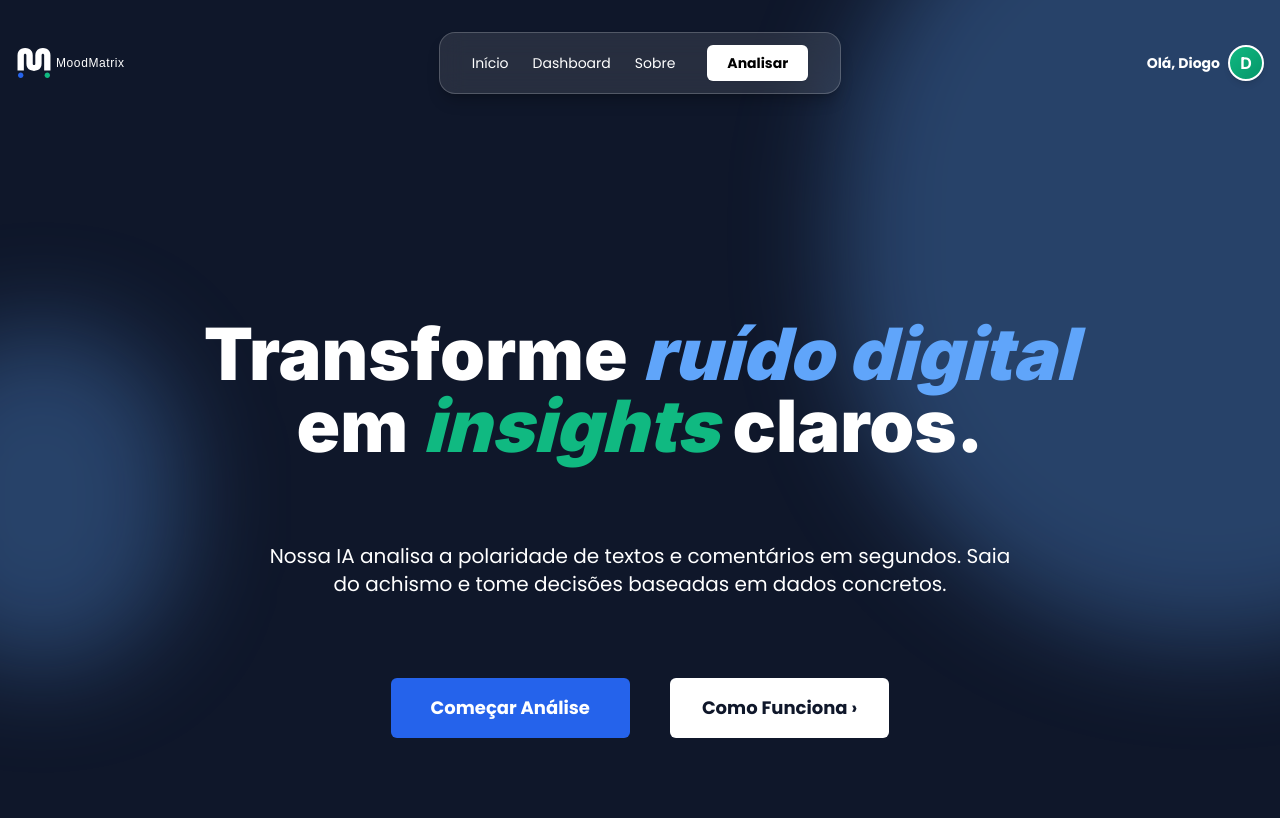
Repository: Hackaton-ONE/hackathon-Frontend
Page: /
The author's editor kept a copy of each file at every save. The page is drawn from the files as they stood at one save, then again after the next save.
The browser window is 1280 px wide. The pictures show the whole page.
Some web fonts or font styles are not loaded; a fallback is used. The project was rebuilt for these pictures with package versions that can differ from the ones it lists, and the page was loaded fresh each time. The framework's server and built-in components were replaced by stand-ins that run in the browser. Also part of the build but not shown: next.config.ts.

Above is the page before, as saved 2026-01-02 13:07:26.

After the next save:
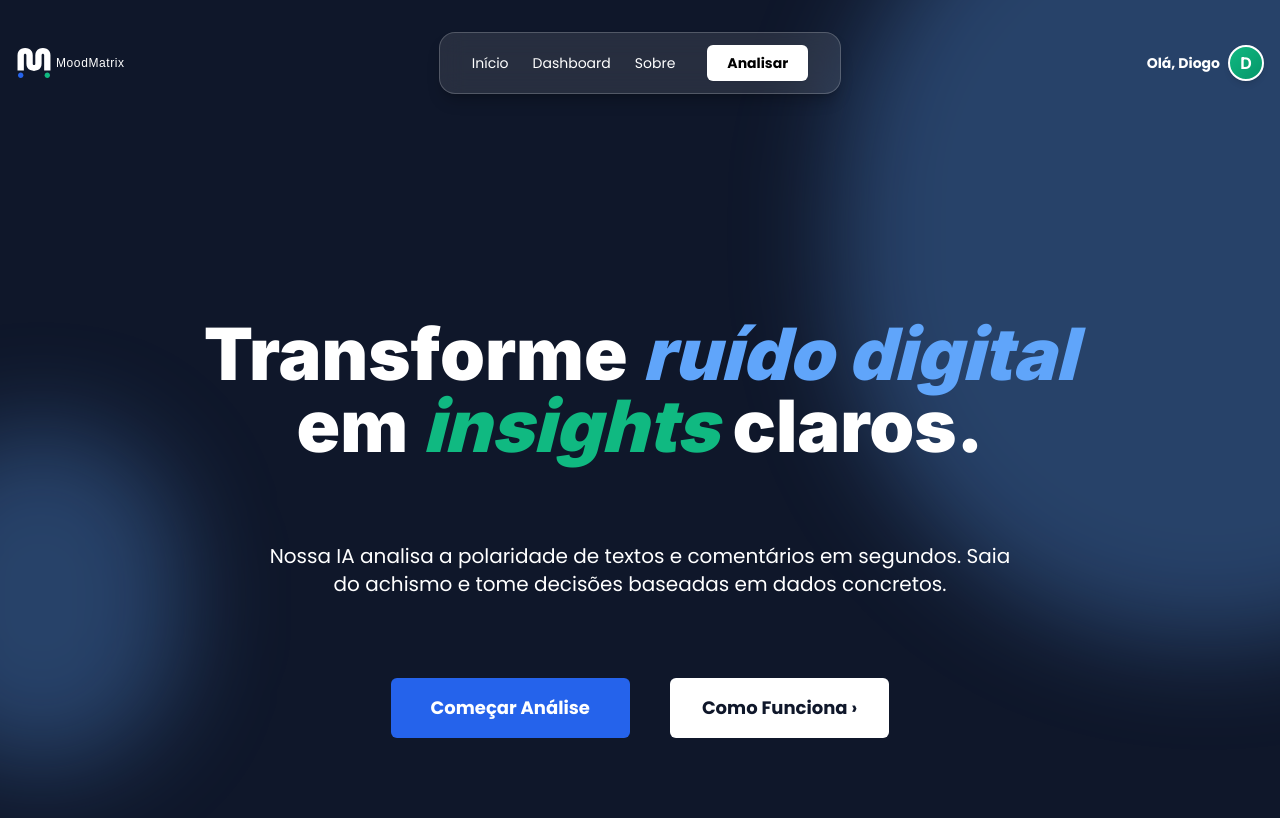
Saved 9 s later.
--- a/components/HeroSection.tsx
+++ b/components/HeroSection.tsx
@@ -39,7 +39,7 @@ export function HeroSection() {
       <div
         className="
           absolute
-          top-[300px] lg:top-[200px] 2xl:top-[400px]
+          top-[300px] lg:top-[300px] 2xl:top-[400px]
           left-[-200px] lg:left-[-100px] 2xl:left-[-100px]
           w-[282px]
           h-[343px]
